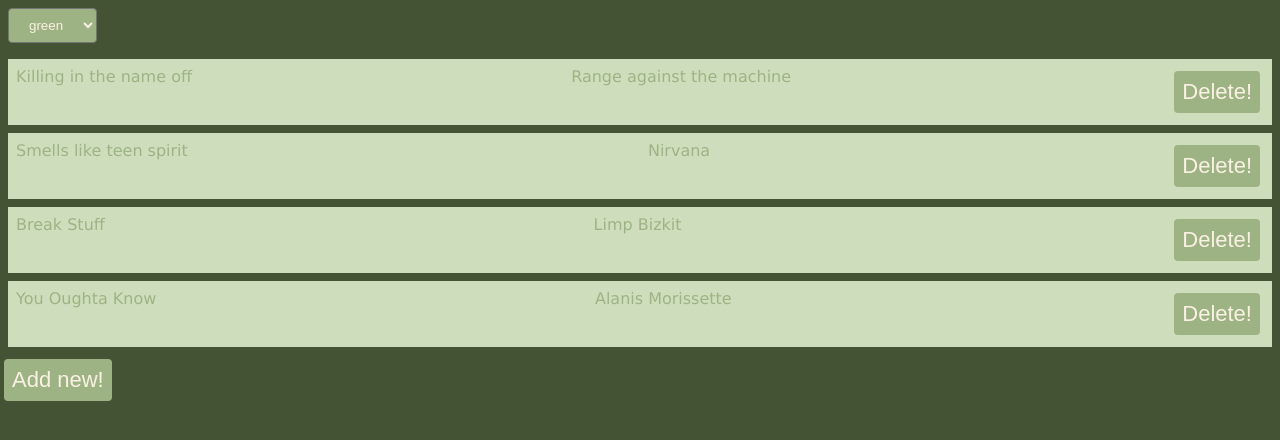
Repository: majakesin/moodify-app
Page: /angry
These files come from the project's save history. The page is drawn as it stood at one moment and after the next save; the edit follows.
The browser window is 1280 px wide. The pictures show the whole page.
The project was rebuilt for these pictures with package versions that can differ from the ones it lists, and the page was loaded fresh each time. Also part of the build but not shown: src/data/moods.js, src/components/Mood/index.jsx, src/pages/ChooseMood/index.module.css, src/pages/ChooseMood/index.jsx.

Above is the page before, as saved 2023-08-22 12:35:19.

After the next save:
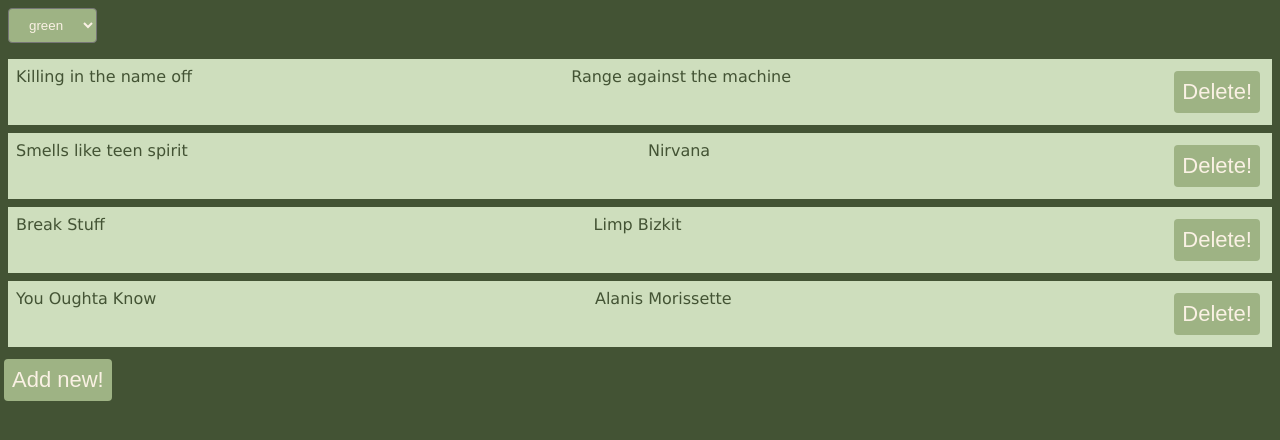
Saved 55 s later.
--- a/src/components/Song/index.module.css
+++ b/src/components/Song/index.module.css
@@ -5,7 +5,7 @@
     flex-direction: row;
     justify-content: space-between;
     background-color: var(--third-color);
-    color: var(--second-color);
+    color: var(--first-color);
     margin: 8px;
     padding: 8px;
 }
